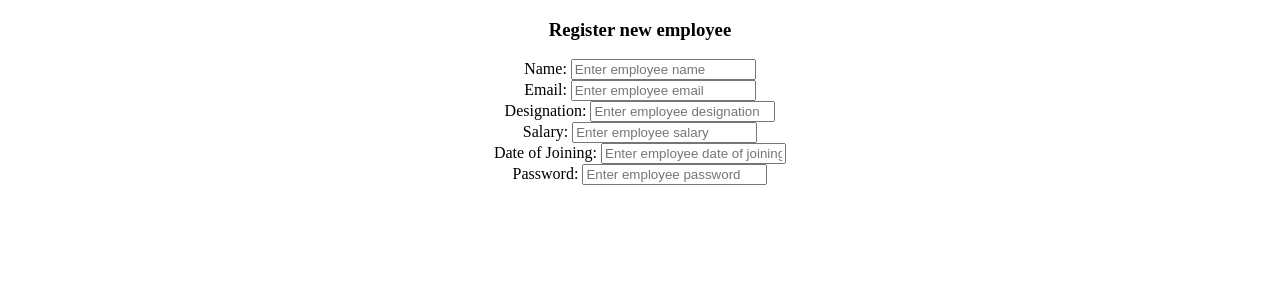
Repository: ArmanAli-cmd/EmployeeProjectDepartmentApplication
Page: http://localhost/EmployeeProjectDepartmentMVCApplication/views/employee-signup.jsp
An editor plug-in stored every save of this project. The page is shown before and after the next save, followed by the edit.
The browser window is 1280 px wide. The pictures show the whole page.
The page is served by Tomcat 9. Other server files are loaded and not shown.

Above is the page before, as saved 2024-01-17 10:26:48.

### EmployeeProjectDepartmentMVCApplication/src/main/webapp/views/employee-signup.jsp
<%@ page language="java" contentType="text/html; charset=ISO-8859-1"
    pageEncoding="ISO-8859-1"%>
<!DOCTYPE html>
<html>
<head>
<meta charset="ISO-8859-1">
<title>Employee Sign Up Page</title>
</head>
<body style="text-align: center;">
<h3>Register new employee</h3>
<form action="/employees/add" method="post">
Name: <input type="text" name="name" placeholder="Enter employee name" required><br>
Email: <input type="email" name="email" placeholder="Enter employee email" required><br>
Designation: <input type="text" name="designation" placeholder="Enter employee designation" required><br>
Salary: <input type="text" name="salary" placeholder="Enter employee salary" required="required"><br>
Date of Joining: <input type="text" name="doj" placeholder="Enter employee date of joining" required><br>
Password: <input type="password" placeholder="Enter employee password" required>

</form>

</body>
</html>

After the next save:
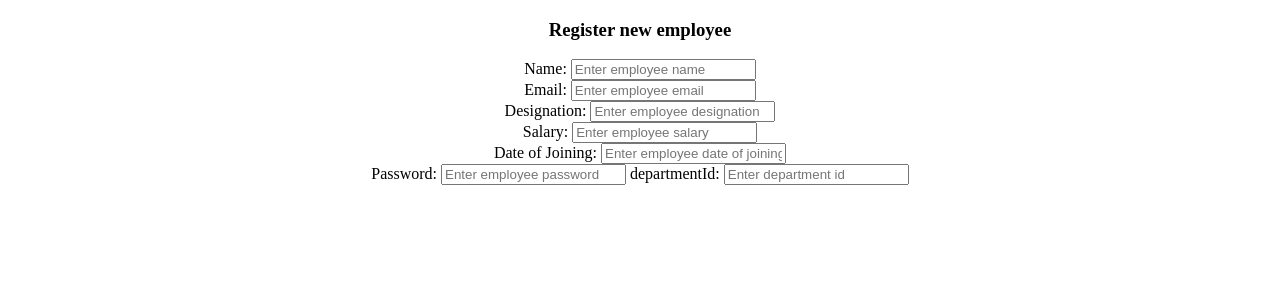
Saved 38 min 51 s later.
--- a/EmployeeProjectDepartmentMVCApplication/src/main/webapp/views/employee-signup.jsp
+++ b/EmployeeProjectDepartmentMVCApplication/src/main/webapp/views/employee-signup.jsp
@@ -15,7 +15,7 @@ Designation: <input type="text" name="designation" placeholder="Enter employee d
 Salary: <input type="text" name="salary" placeholder="Enter employee salary" required="required"><br>
 Date of Joining: <input type="text" name="doj" placeholder="Enter employee date of joining" required><br>
 Password: <input type="password" placeholder="Enter employee password" required>
-
+departmentId: <input type="number" placeholder="Enter department id" required>
 </form>
 
 </body>
